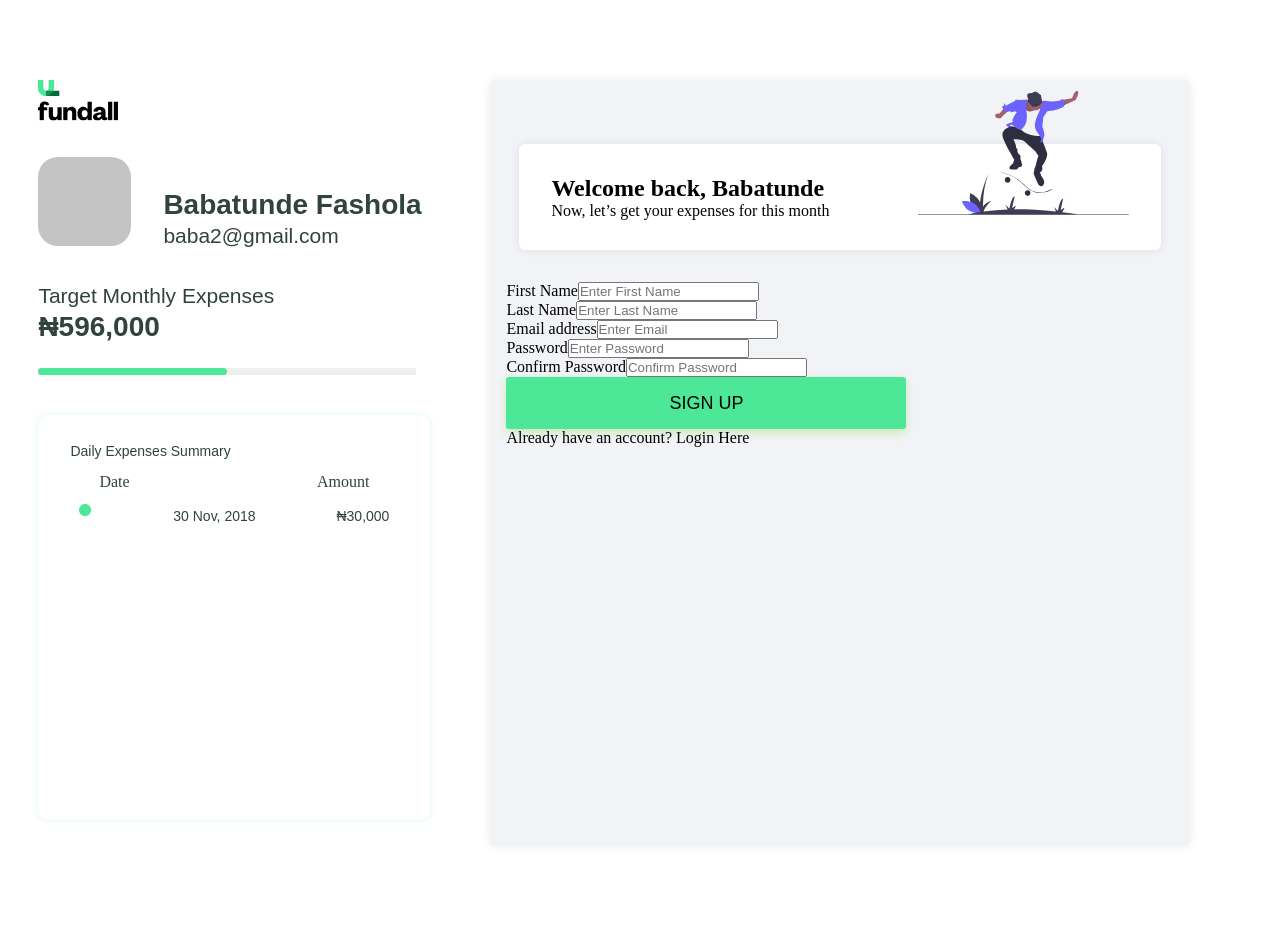
Repository: nilesjamex/niffty
Page: /dashboard
The author's editor kept a copy of each file at every save. The page is drawn from the files as they stood at one save, then again after the next save.
The browser window is 1280 px wide. The pictures show the whole page.
The project was rebuilt for these pictures with package versions that can differ from the ones it lists, and the page was loaded fresh each time. Also part of the build but not shown: src/components/Nav.vue, src/views/Home.vue, src/views/SignUp.vue, src/views/Login.vue.

Above is the page before, as saved 2022-04-17 09:38:15.

After the next save:
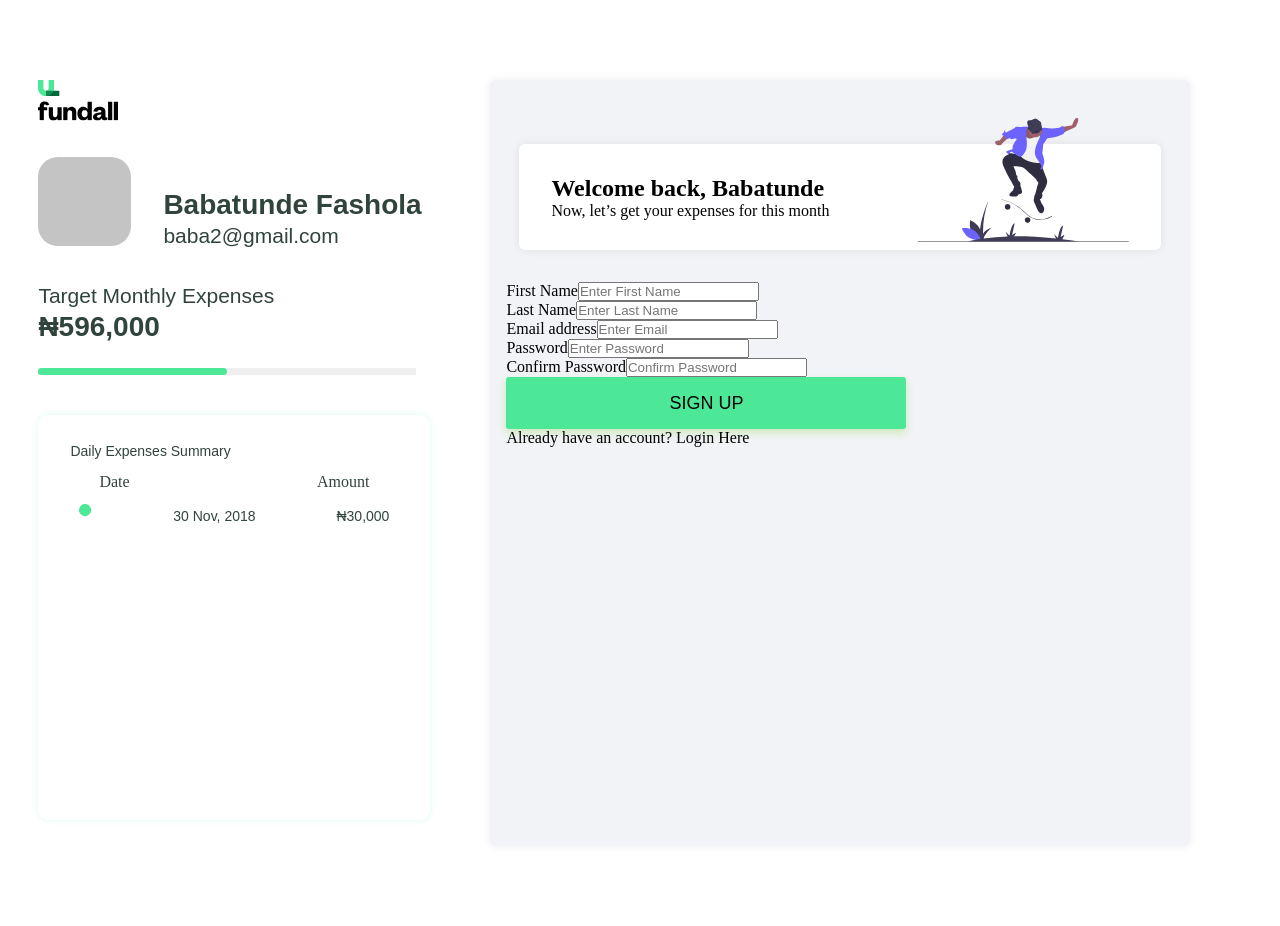
Saved 18 s later.
--- a/src/views/Dashboard.vue
+++ b/src/views/Dashboard.vue
@@ -236,6 +236,6 @@ export default {
 }
 .signup--form--welcome--image {
   position: relative;
-  bottom: 50%;
+  bottom: 25%;
 }
 </style>
